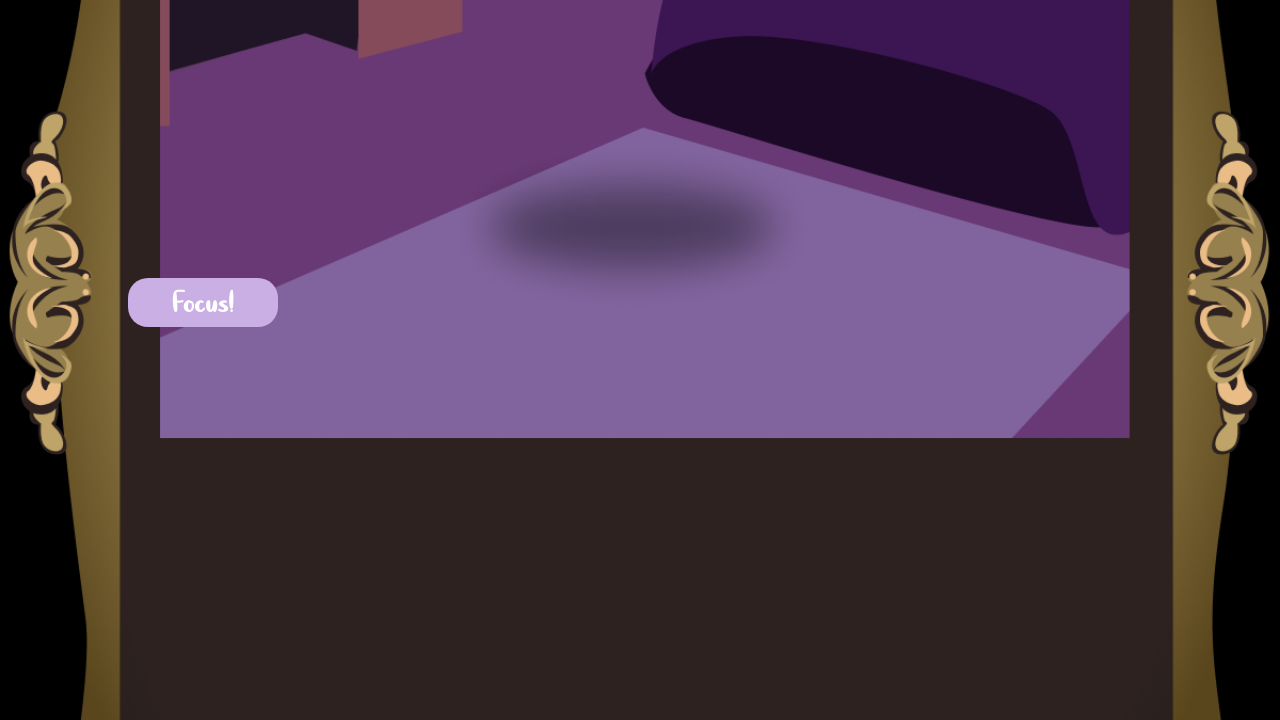
Repository: zhangolivia7/Little-Witch-Alcove
Page: popup.html
These files come from the project's save history. The page is drawn as it stood at one moment and after the next save; the edit follows.
The browser window is 1280 px wide. The pictures show the whole page.

Above is the page before, as saved 2025-11-15 16:16:15.

### popup.html
<!DOCTYPE html>
<html>
  <head>
    <title>Little Witch Alcove</title>
    <link rel="stylesheet" href="popup.css">
  </head>
  <body>
    <button id="focus-btn">Focus!</button>

    <script src="popup.js"></script>
  </body>
</html>

### popup.css
@font-face {
    font-family: 'QuiteMagical';
    src: url('Assets/Font/QuiteMagicalRegular.ttf');
}

body {
    width: 400px;
    height: 500px;
    background-image: url('Assets/No UI.png');
    background-repeat: no-repeat;
    background-position: center center;
    background-size: cover;
    background-color: black;
    padding: 20px;
    font-family: 'QuiteMagical';
  }

  h1 {
    font-size: 18px;
    text-align: center;
  }

  #focus-btn {
    width: 150px;
    margin-left: 25%;
    margin-top: 250px;
    padding: 10px 5px 5px 5px;
    border-radius: 20px;
    background: #CAAFE5;
    color: white;
    font-family: 'QuiteMagical';
    font-size: 36px;
    border: none;
    cursor: pointer;
  }

### popup.js
document.getElementById("focus-btn").addEventListener("click", () => {
    alert("Hex of Concentration activated! 🔮");
  });

After the next save:
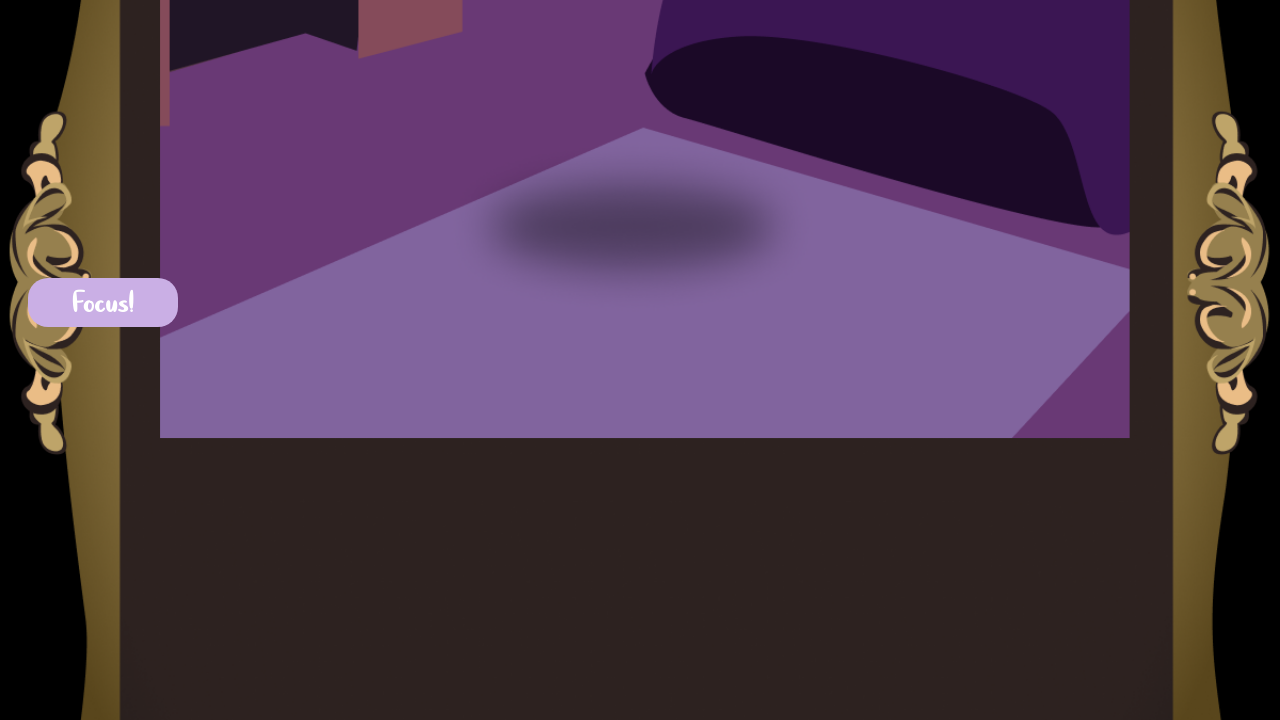
Saved 20 s later.
--- a/popup.css
+++ b/popup.css
@@ -22,7 +22,6 @@ body {
 
   #focus-btn {
     width: 150px;
-    margin-left: 25%;
     margin-top: 250px;
     padding: 10px 5px 5px 5px;
     border-radius: 20px;
